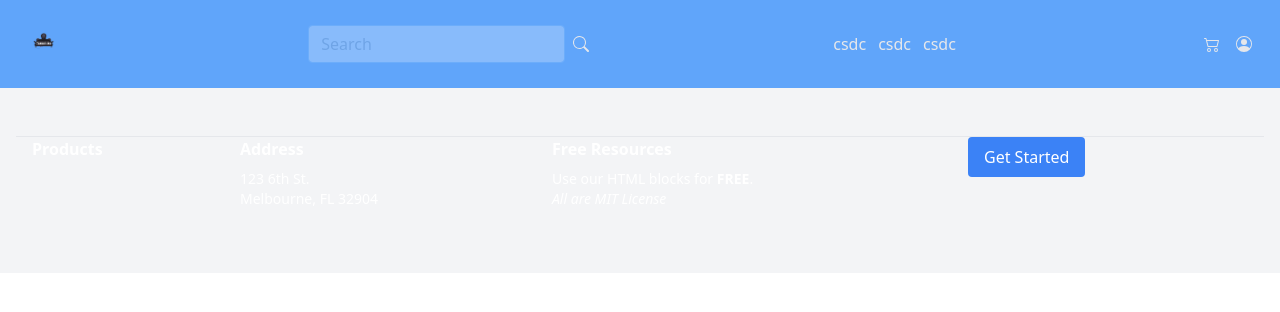
Repository: DevLaukey/Jitu-final
Page: / (app in frontend/)
An editor plug-in stored every save of this project. The page is shown before and after the next save, followed by the edit.
The browser window is 1280 px wide. The pictures show the whole page.
The project was rebuilt for these pictures with package versions that can differ from the ones it lists, and the page was loaded fresh each time.

Above is the page before, as saved 2022-07-13 14:07:45.

### frontend/src/index.js
import React from 'react';
import ReactDOM from 'react-dom/client';
import './index.css';
import App from './App';
import {store } from './redux/store';
import {Provider} from 'react-redux';
const root = ReactDOM.createRoot(document.getElementById('root'));
root.render(
  <Provider store={store}>
    <App />
  </Provider>
);

### frontend/src/App.js
import Footer from "./components/Footer";
import Navbar from "./components/Navbar";

function App() {
  return (
    <div className="">
      <Navbar />
      <Footer />
    </div>
  );
}

export default App;

### frontend/src/components/Footer.js
import React from "react";

function Footer() {
  return (
    <footer class="footer-1 text-white bg-gray-100 py-8 sm:py-12">
      <div class="container mx-auto px-4">

        <div class="sm:flex sm:flex-wrap border-t">
          <div class="sm:w-full px-4 md:w-1/6">
            <strong>Products</strong>
          </div>
          <div class="px-4 sm:w-1/2 md:w-1/4 mt-4 md:mt-0">
            <h6 class="font-bold mb-2">Address</h6>
            <address class="not-italic mb-4 text-sm">
              123 6th St.
              <br />
              Melbourne, FL 32904
            </address>
          </div>
          <div class="px-4 sm:w-1/2 md:w-1/4 mt-4 md:mt-0">
            <h6 class="font-bold mb-2">Free Resources</h6>
            <p class="mb-4 text-sm">
              Use our HTML blocks for <strong>FREE</strong>.<br />
              <em>All are MIT License</em>
            </p>
          </div>
          <div class="px-4 md:w-1/4 md:ml-auto mt-6 sm:mt-4 md:mt-0">
            <button class="px-4 py-2 bg-blue-500 hover:bg-blue-500 rounded text-white">
              Get Started
            </button>
          </div>
        </div>
      </div>
    </footer>
  );
}

export default Footer;

### frontend/src/components/Navbar.js
import React from "react";
import logo from "./logo.jpg";
import { BsCart2, BsPersonCircle, BsSearch } from "react-icons/bs";
function Navbar() {
  return (
    <header className="flex space-x-4 items-center justify-between align-middle  p-4 bg-blue-400">
      <div className="text-center ">
        <img className="aspect-square w-14" src={logo} alt="" />
      </div>
      <div class="flex items-center justify-center">
        <div class="input-group flex  items-stretch w-full  rounded">
          <input
            type="search"
            class="form-control  flex-auto min-w-0 block w-full px-3 py-1.5 text-base font-normal   bg-clip-padding border border-solid border-blue-300 rounded transition ease-in-out m-0 focus:text-white-900 focus:bg-white focus:border-blue-600 focus:outline-none opacity-25"
            placeholder="Search"
            aria-label="Search"
            aria-describedby="button-addon2"
          />
          <span
            class="input-group-text flex items-center px-2 py-1.5 text-base font-normal text-gray-200 text-center whitespace-nowrap rounded"
            id="basic-addon2"
          >
            <BsSearch />
          </span>
        </div>
      </div>
      <div>
        <ul className="hidden text-gray-200 py-1.5 md:flex space-x-3 text-center">
          <li>csdc</li>
          <li>csdc</li>
          <li>csdc</li>
        </ul>
      </div>
      <div class="space-x-4 text-gray-200 flex  px-3 py-2.5  text-center whitespace-nowrap rounded">
        <BsCart2 />
        <BsPersonCircle />
      </div>
    </header>
  );
}

export default Navbar;

Loaded but not shown: frontend/public/index.html (common file); frontend/src/index.css (common file); frontend/src/redux/store.js (common file); frontend/tailwind.config.js (common file)

After the next save:
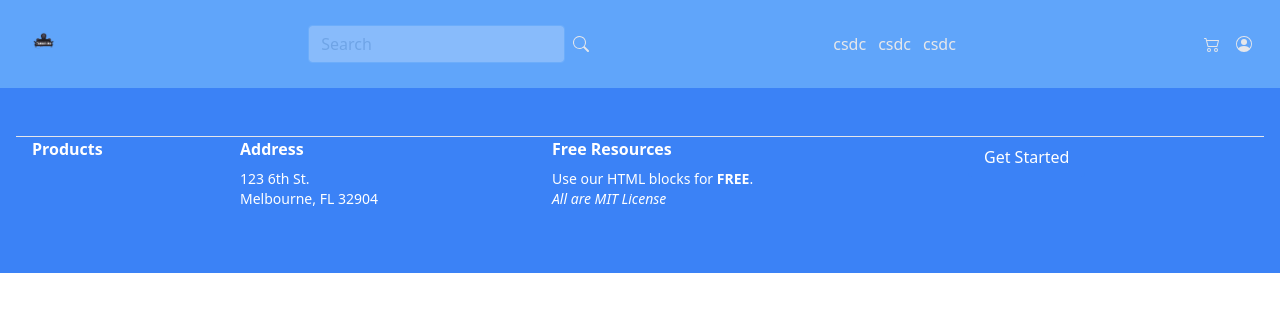
Saved 11 s later.
--- a/frontend/src/components/Footer.js
+++ b/frontend/src/components/Footer.js
@@ -2,7 +2,7 @@ import React from "react";
 
 function Footer() {
   return (
-    <footer class="footer-1 text-white bg-gray-100 py-8 sm:py-12">
+    <footer class="footer-1 text-white bg-blue-500 py-8 sm:py-12">
       <div class="container mx-auto px-4">
 
         <div class="sm:flex sm:flex-wrap border-t">
